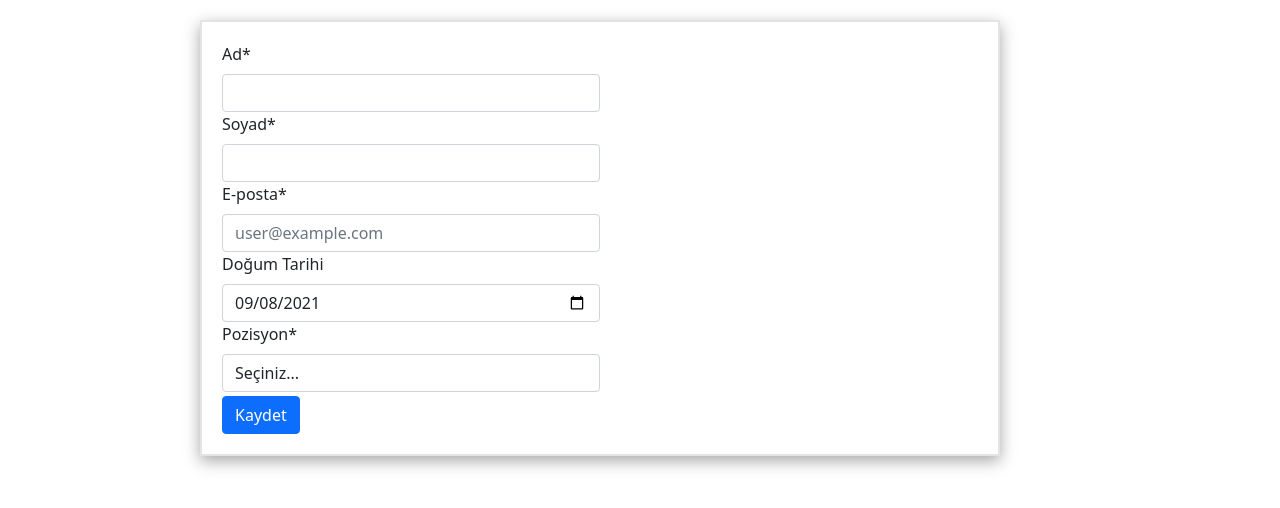
Repository: okankrdg/ReactCoreCRUD
Page: /employee/create (app in ReactCoreCRUD.Web/client/)
An editor plug-in stored every save of this project. The page is shown before and after the next save, followed by the edit.
The browser window is 1280 px wide. The pictures show the whole page.
The page's requests for data from a server got no answer. The project was rebuilt for these pictures with package versions that can differ from the ones it lists, and the page was loaded fresh each time. No one was signed in, and anything a server would have sent is missing. Also part of the build but not shown: ReactCoreCRUD.Web/client/src/pages/Employee/index.tsx, ReactCoreCRUD.Web/client/src/pages/Exception/index.tsx.

Above is the page before, as saved 2021-10-10 22:08:33.

### ReactCoreCRUD.Web/client/src/index.tsx
import React from "react";
import ReactDOM from "react-dom";
import "./index.css";
import App from "./App";
import { Router } from "react-router-dom";
import "./dist/bootstrap/bootstrap.min.css";
import history from "./history.js";
ReactDOM.render(
  <React.StrictMode>
    <Router history={history}>
      <App />
    </Router>
  </React.StrictMode>,
  document.getElementById("root")
);

### ReactCoreCRUD.Web/client/src/index.css
body {
  margin: 0;
  font-family: -apple-system, BlinkMacSystemFont, 'Segoe UI', 'Roboto', 'Oxygen',
    'Ubuntu', 'Cantarell', 'Fira Sans', 'Droid Sans', 'Helvetica Neue',
    sans-serif;
  -webkit-font-smoothing: antialiased;
  -moz-osx-font-smoothing: grayscale;
}

code {
  font-family: source-code-pro, Menlo, Monaco, Consolas, 'Courier New',
    monospace;
}
.employeeForm{
      padding: 20px;
      text-align: left;
      border: 2px solid #e5e3e3;
      box-shadow: 3px 3px 3px rgna(1,1,1,1);
      box-shadow: rgb(0 0 0 / 35%) 0px 5px 15px;

}
.App{
  text-align: center;
    display: flex;
    justify-content: center;
    max-width: 1200px;
    margin-top: 20px;
}
.employee-index{
  width: 80%;
  box-shadow: rgb(0 0 0 / 35%) 0px 5px 15px;
}

### ReactCoreCRUD.Web/client/src/App.tsx
import { Switch, Route } from "react-router-dom";
import CreateOrEdit from "./pages/Employee/createOrEdit";
import Index from "./pages/Employee";
import Exception from "./pages/Exception/index";
import "./App.css";

function App() {
  return (
    <div className="App">
      <Switch>
        <Route path="/employee/edit/:id" component={CreateOrEdit} />
        <Route path="/employee/create" component={CreateOrEdit} />
        <Route path="/employee/index" component={Index} />
        <Route path="/exception/type=:type" component={Exception} />
      </Switch>
    </div>
  );
}

export default App;

### ReactCoreCRUD.Web/client/src/pages/Employee/createOrEdit.tsx
import { useParams, useHistory } from "react-router-dom";
import {
  EmployeeType,
  EmployeeDTO,
  employeeService,
} from "../../services/EmployeeService";
import { useEffect, useState } from "react";
const CreateOrEdit = () => {
  interface RouteParams {
    id: string;
  }
  interface EmployeeValidationState {
    firstName: boolean;
    lastName: boolean;
    birthDate: boolean;
    email: boolean;
    employeeTypeId: boolean;
  }
  const params = useParams<RouteParams>();
  const history = useHistory();
  const [employee, setEmployee] = useState<EmployeeDTO>({
    firstName: "",
    lastName: "",
    birthDate: new Date().toISOString().substring(0, 10),
    email: "",
    employeeTypeId: undefined,
  });
  const [employeeTypes, setEmployeeTypes] = useState<EmployeeType[]>([]);
  const [employeeValidation, setEmployeeValidation] =
    useState<EmployeeValidationState>({
      firstName: true,
      lastName: true,
      birthDate: true,
      email: true,
      employeeTypeId: true,
    });

  useEffect(() => {
    const idParam = parseInt(params.id);
    employeeService
      .getEmployeeTypes()
      .then((response) => {
        setEmployeeTypes(response.data);
      })
      .catch((e) => {
        console.log(e);
      });
    if (idParam) {
      employeeService
        .getById(idParam)
        .then((response) => {
          setEmployee(response.data);
        })
        .catch((e) => {
          console.log(e);
        });
    }
  }, [params.id]);
  const setValid = () => {
    if (
      employee.firstName === "" ||
      employee.firstName == null ||
      employee.firstName?.length < 2
    ) {
      employeeValidation.firstName = false;
    } else {
      employeeValidation.firstName = true;
    }
    if (
      employee.lastName === "" ||
      employee.lastName == null ||
      employee.lastName?.length < 2
    ) {
      employeeValidation.lastName = false;
    } else {
      employeeValidation.lastName = true;
    }
    if (
      employee.email === "" ||
      employee.email == null ||
      !/\S+@\S+\.\S+/.test(employee.email)
    ) {
      employeeValidation.email = false;
    } else {
      employeeValidation.email = true;
    }
    if (
      employee.employeeTypeId === undefined ||
      employee.employeeTypeId == null
    ) {
      employeeValidation.employeeTypeId = false;
    } else {
      employeeValidation.employeeTypeId = true;
    }
    setEmployeeValidation({ ...employeeValidation });
    return employeeValidation;
  };
  const isValidForm = (model: EmployeeValidationState) => {
    return (
      model.firstName && model.lastName && model.email && model.employeeTypeId
    );
  };
  const submitForm = () => {
    const idParam = parseInt(params.id);
    var model = setValid();
    if (isValidForm(model)) {
      if (!idParam) {
        employeeService
          .create(employee)
          .then((response) => {
            history.push("/employee/index");
          })
          .catch((error) => {
            console.log(error.response);
          });
      } else {
        employeeService
          .update(employee, idParam)
          .then((response) => {
            history.push("/employee/index");
          })
          .catch((error) => {
            console.log(error);
          });
      }
    }
  };
  return (
    <div className="employeeForm col-md-8">
      <div className="col-md-6">
        <label className="form-label">Ad*</label>
        <input
          type="text"
          className={`form-control ${
            employeeValidation.firstName ? "" : "is-invalid"
          }`}
          id="name"
          required
          value={employee?.firstName}
          onChange={(e) =>
            setEmployee({ ...employee, firstName: e.target.value })
          }
        />
        {employeeValidation.firstName ? (
          ""
        ) : (
          <div className="invalid-feedback">
            En az iki karakter girmelisiniz
          </div>
        )}
      </div>
      <div className="col-md-6">
        <label className="form-label">Soyad*</label>
        <input
          type="text"
          className={`form-control ${
            employeeValidation.lastName ? "" : "is-invalid"
          }`}
          id="name"
          value={employee?.lastName}
          onChange={(e) =>
            setEmployee({ ...employee, lastName: e.target.value })
          }
        />
        {employeeValidation.lastName ? (
          ""
        ) : (
          <div className="invalid-feedback">
            En az iki karakter girmelisiniz
          </div>
        )}
      </div>
      <div className="col-md-6">
        <label className="form-label">E-posta*</label>
        <input
          type="email"
          className={`form-control ${
            employeeValidation.email ? "" : "is-invalid"
          }`}
          placeholder="user@example.com"
          id="email"
          required
          value={employee?.email}
          onChange={(e) => setEmployee({ ...employee, email: e.target.value })}
        />
        {employeeValidation.email ? (
          ""
        ) : (
          <div className="invalid-feedback">
            E-posta alanı boş ya da doğru biçimde değil
          </div>
        )}
      </div>
      <div className="col-6">
        <label className="form-label">Doğum Tarihi</label>
        <input
          type="date"
          className="form-control"
          id="birthDate"
          value={employee?.birthDate?.substring(0, 10)}
          onChange={(e) =>
            setEmployee({
              ...employee,
              birthDate: e.currentTarget.value,
            })
          }
        />
      </div>
      <div className="col-md-6">
        <label className="form-label">Pozisyon*</label>
        <select
          id="inputState"
          className={`form-control ${
            employeeValidation.employeeTypeId ? "" : "is-invalid"
          }`}
          value={employee?.employeeTypeId}
          onChange={(e) =>
            setEmployee({
              ...employee,
              employeeTypeId: parseInt(e.target.value),
            })
          }
        >
          <option value="">Seçiniz...</option>
          {employeeTypes.map((et) => (
            <option key={et.id} value={et.id}>
              {et.name}
            </option>
          ))}
        </select>
        {employeeValidation.employeeTypeId ? (
          ""
        ) : (
          <div className="invalid-feedback">Lütfen pozisyon tipi seçiniz</div>
        )}
      </div>
      <div className="col-12 pt-1">
        <button type="submit" onClick={submitForm} className="btn btn-primary">
          Kaydet
        </button>
      </div>
    </div>
  );
};
export default CreateOrEdit;

### ReactCoreCRUD.Web/client/src/services/EmployeeService.ts
import axios from "axios";
import history from "../history";

export interface EmployeeDTO {
  firstName: string;
  lastName: string;
  birthDate: string;
  email: string;
  employeeTypeId: number | undefined;
}
export interface EmployeeIndexDTO {
  id: number;
  firstName: string;
  lastName: string;
  age?: number;
  email: string;
  employeeTypeName: string;
}
export interface EmployeeType {
  id: string;
  name: string;
}
const baseUrl = `/api/`;
const http = axios.create({
  baseURL: baseUrl,
  headers: {
    "Content-type": "application/json",
  },
});

const getAll = () => {
  return http.get<EmployeeIndexDTO[]>("employee");
};
const getById = (id: number) => {
  console.log(id, "httpservice");
  return http.get<EmployeeDTO>(`employee?id=${id}`);
};
const create = (model: EmployeeDTO) => {
  return http.post<EmployeeDTO>("employee", model);
};
const update = (model: EmployeeDTO, id: number) => {
  return http.put<EmployeeDTO>("employee", { ...model, id });
};
const _delete = (id: number) => {
  return http.delete(`employee?id=${id}`);
};
const getEmployeeTypes = () => {
  return http.get<EmployeeType[]>("employeeTypes");
};
http.interceptors.response.use(
  (response) => {
    return response;
  },
  (error) => {
    if (!error.response || typeof error.response.data !== "object") {
      setTimeout(() => {}, 1000);
      return Promise.reject(error);
    }
    const { status, config, data } = error.response;
    console.log(status, config, data);
    if (config.method === "get") {
      if (status === 401) {
        history.push("/exception/type=401");
      } else if (status === 403) {
        history.push("/exception/type=403");
      } else if (status === 404) {
        history.push("/exception/type=404");
      } else if (status === 500) {
        history.push("/exception/type=500");
      }
    }
  }
);
export const employeeService = {
  getAll,
  getById,
  create,
  update,
  delete: _delete,
  getEmployeeTypes,
};

Loaded but not shown: ReactCoreCRUD.Web/client/public/index.html (common file); ReactCoreCRUD.Web/client/src/dist/bootstrap/bootstrap.min.css (library); ReactCoreCRUD.Web/client/src/history.js (common file); ReactCoreCRUD.Web/client/src/App.css (common file)

After the next save:
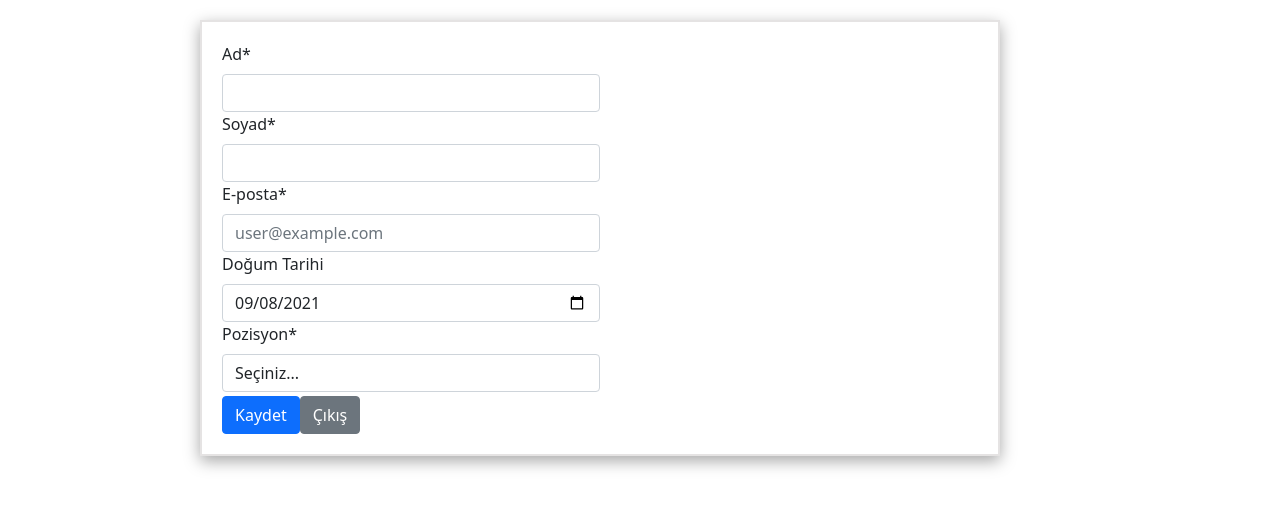
Saved 4 min 24 s later.
--- a/ReactCoreCRUD.Web/client/src/pages/Employee/createOrEdit.tsx
+++ b/ReactCoreCRUD.Web/client/src/pages/Employee/createOrEdit.tsx
@@ -238,6 +238,13 @@ const CreateOrEdit = () => {
         <button type="submit" onClick={submitForm} className="btn btn-primary">
           Kaydet
         </button>
+        <a
+          href="/employee/index"
+          onClick={submitForm}
+          className="btn btn-secondary"
+        >
+          Çıkış
+        </a>
       </div>
     </div>
   );
